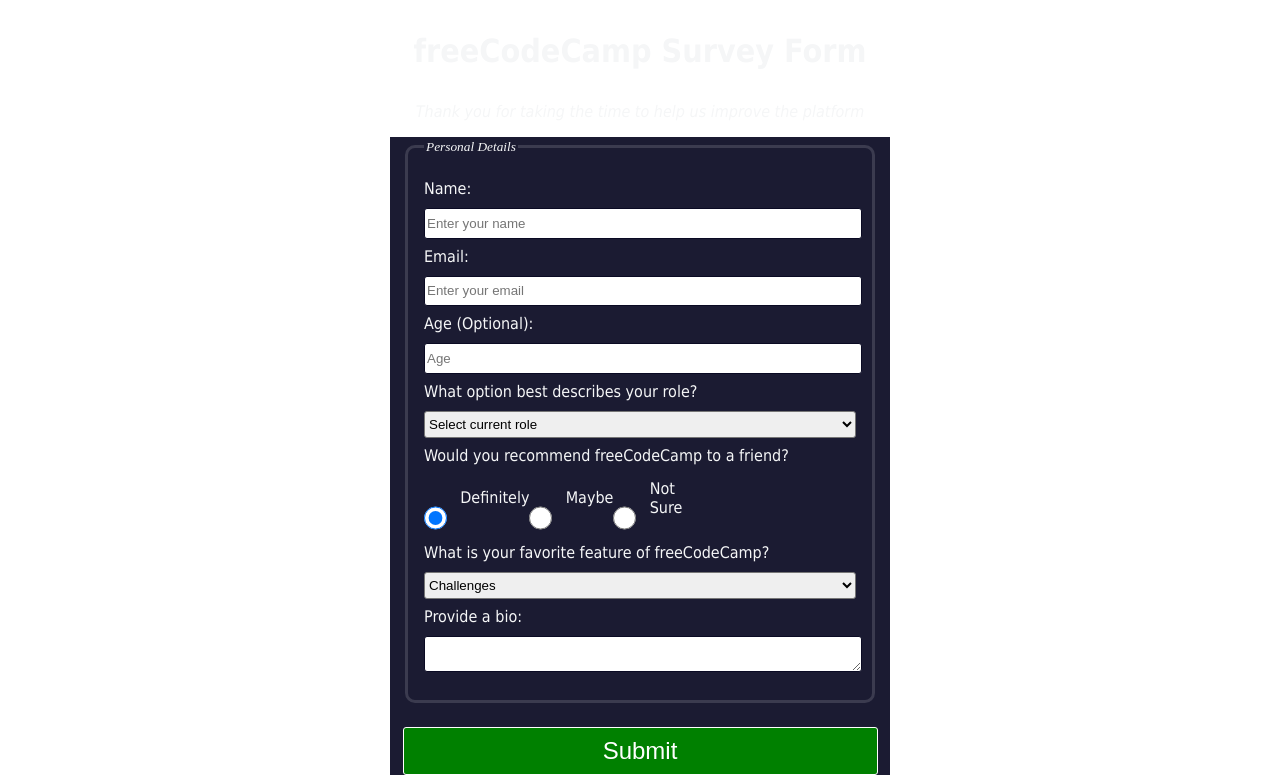
Repository: Lungdjos/survey_form_certification
Page: index.html
An editor plug-in stored every save of this project. The page is shown before and after the next save, followed by the edit.
The browser window is 1280 px wide. The pictures show the whole page.

Above is the page before, as saved 2023-09-30 23:20:06.

After the next save:
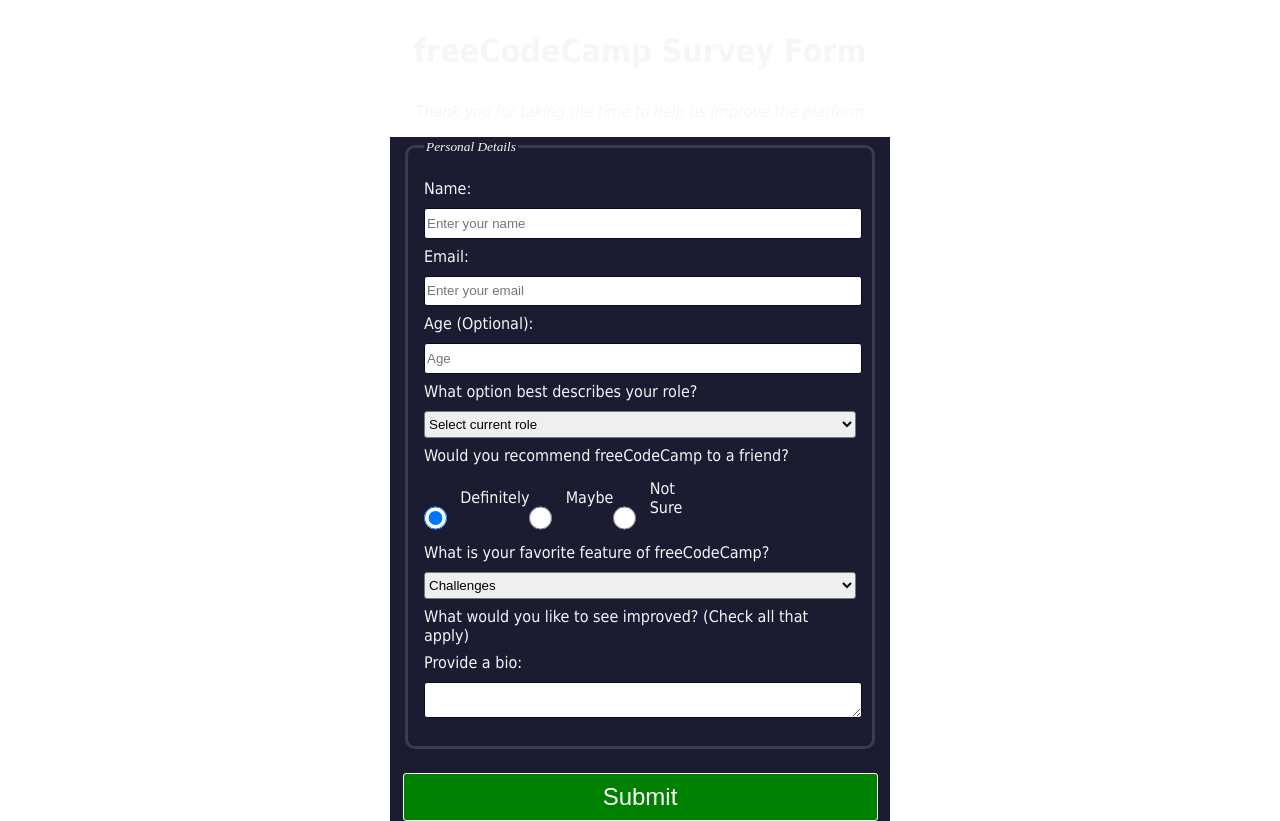
Saved 5 s later.
--- a/index.html
+++ b/index.html
@@ -47,7 +47,7 @@
                 </select>
             </label>
             <label for="">
-
+                What would you like to see improved? (Check all that apply)
             </label>
 
             <label for="bio">Provide a bio:
